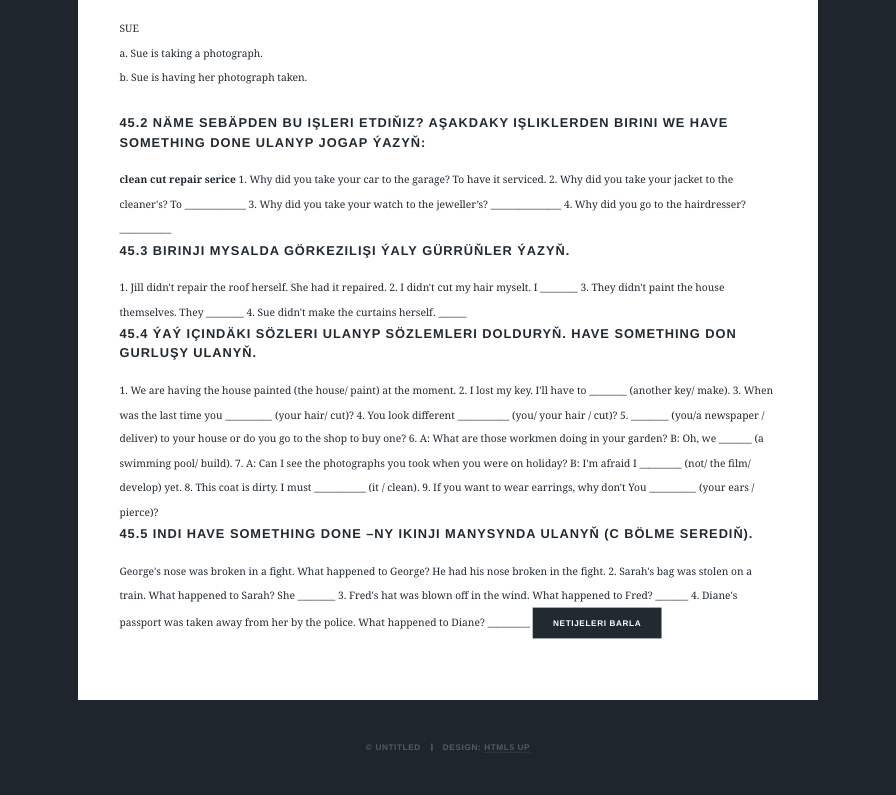
Repository: Sahet-dev/English-grammar-app
Page: test/test_unit _45.html
These files come from the project's save history. The page is drawn as it stood at one moment and after the next save; the edit follows.
The browser window is 1280 px wide. The pictures show the part of the page from y = 850 to 2770 px (the page is 1985 px tall before and 3204 px after), at 70% of full size.
Some web fonts or font styles are not loaded; a fallback is used.

Above is the page before, as saved 2022-06-24 17:36:36.

### test/test_unit _45.html
<!DOCTYPE HTML>
<!--
	Massively by HTML5 UP
	html5up.net | @ajlkn
	Free for personal and commercial use under the CCA 3.0 license (html5up.net/license)
-->
<html>
	<head>
		<title>Test </title>
		<meta charset="utf-8" />
		<meta name="viewport" content="width=device-width, initial-scale=1, user-scalable=no" />
		<link rel="stylesheet" href="../assets/css/test.css" />
		<noscript><link rel="stylesheet" href="../assets/css/noscript.css" /></noscript>
	</head>
	<body class="is-preload">

		<!-- Wrapper -->
			<div id="wrapper">

				<!-- Header -->
					<header id="header">
						<a href="index.html" class="logo">Esasy Sahypa</a>
					</header>

				<!-- Nav -->
					<nav id="nav">
						<ul class="links">
							<li><a href="units/.html">This is Massively</a></li>

						</ul>
						<ul class="icons">
							<li><a href="#" class="icon brands fa-twitter"><span class="label">Twitter</span></a></li>
							<li><a href="#" class="icon brands fa-facebook-f"><span class="label">Facebook</span></a></li>
							<li><a href="#" class="icon brands fa-instagram"><span class="label">Instagram</span></a></li>
							<li><a href="#" class="icon brands fa-github"><span class="label">GitHub</span></a></li>
						</ul>
					</nav>

				<!-- Main -->
					<div id="main">

						<!-- Post -->
							<section class="post">
								<header class="major">
									<h2>


									</h2>
								</header>

								<!-- Text stuff -->

									<p>
										<form action="results-unit-1.php" method="post">

										<h3>45.1

														Her bir surat üçin dogry bolan warianty beläň.</h3>

														SARAH<br>

														a. Sarah is cutting her hair.<br>

														b. Sarah is having her hair cut.<br>
														<br>

														a. Bill is cutting his hair.<br>

														b. Bill is having his hair cut.<br><br>

														JOHN<br>

														a. John is cleaning his shoes.<br>


														b. John is having his shoes cleaned.<br>

														<br>

														SUE<br>

														a. Sue is taking a photograph.<br>

														b. Sue is having her photograph taken.<br><br>

													<h3>45.2

														Näme sebäpden bu işleri etdiňiz? Aşakdaky işliklerden birini we have something done ulanyp jogap ýazyň:
													</h3> <b> clean cut repair serice </b>

														1. Why did you take your car to the garage? To have it serviced.

														2. Why did you take your jacket to the cleaner's? To _____________

														3. Why did you take your watch to the jeweller’s? _______________

														4. Why did you go to the hairdresser? ___________

													<h3>45.3

														Birinji mysalda görkezilişi ýaly gürrüňler ýazyň.</h3>

														1. Jill didn't repair the roof herself. She had it repaired.

														2. I didn't cut my hair myselt. I ________

														3. They didn't paint the house themselves.

														They ________

														4. Sue didn't make the curtains herself. ______

													<h3>45.4
														Ýaý içindäki sözleri ulanyp  sözlemleri dolduryň.  Have something don gurluşy ulanyň.
													</h3>

														1. We are having the house painted (the house/ paint) at the moment.


														2. I lost my key. I'll have to  ________ (another key/ make).


														3. When was the last time you __________ (your hair/ cut)?

														4. You look different  ___________ (you/ your hair / cut)?

														5. ________ (you/a newspaper / deliver) to your house or do you go to the shop to buy one?

														6. A: What are those workmen doing in your garden?
														B: Oh, we _______ (a swimming pool/ build).

														7. A: Can I see the photographs you took when you were on holiday?
														B: I'm afraid I _________ (not/ the film/ develop) yet.

														8. This coat is dirty. I must ___________ (it / clean).

														9. If you want to wear earrings, why don't
														You __________ (your ears / pierce)?

													<h3>45.5

														Indi have something done –ny ikinji manysynda ulanyň (C bölme serediň).</h3>

														George's nose was broken in a fight. What happened to George?

														He had his nose broken in the fight.

														2. Sarah's bag was stolen on a train. What happened to Sarah? She ________

														3. Fred's hat was blown off in the wind. What happened to Fred? _______

														4. Diane's passport was taken away from her by the police. What happened to Diane? _________

											        <button class="button primary" type="submit">Netijeleri barla</button>
										</form>



									</p>


							</section>

					</div>


				<!-- Copyright -->
					<div id="copyright">
						<ul><li>&copy; Untitled</li><li>Design: <a href="https://html5up.net">HTML5 UP</a></li></ul>
					</div>

			</div>

		<!-- Scripts -->
			<script src="assets/js/jquery.min.js"></script>
			<script src="assets/js/jquery.scrollex.min.js"></script>
			<script src="assets/js/jquery.scrolly.min.js"></script>
			<script src="assets/js/browser.min.js"></script>
			<script src="assets/js/breakpoints.min.js"></script>
			<script src="assets/js/util.js"></script>
			<script src="assets/js/main.js"></script>

	</body>
</html>

Loaded but not shown: assets/js/jquery.min.js (library); assets/js/jquery.scrollex.min.js (common file); assets/js/jquery.scrolly.min.js (common file); assets/js/browser.min.js (common file); assets/js/breakpoints.min.js (common file); assets/css/fontawesome-all.min.css (library); assets/js/util.js (587 lines, source omitted); assets/js/main.js (258 lines, source omitted); assets/css/test.css (4689 lines, source omitted)

After the next save:
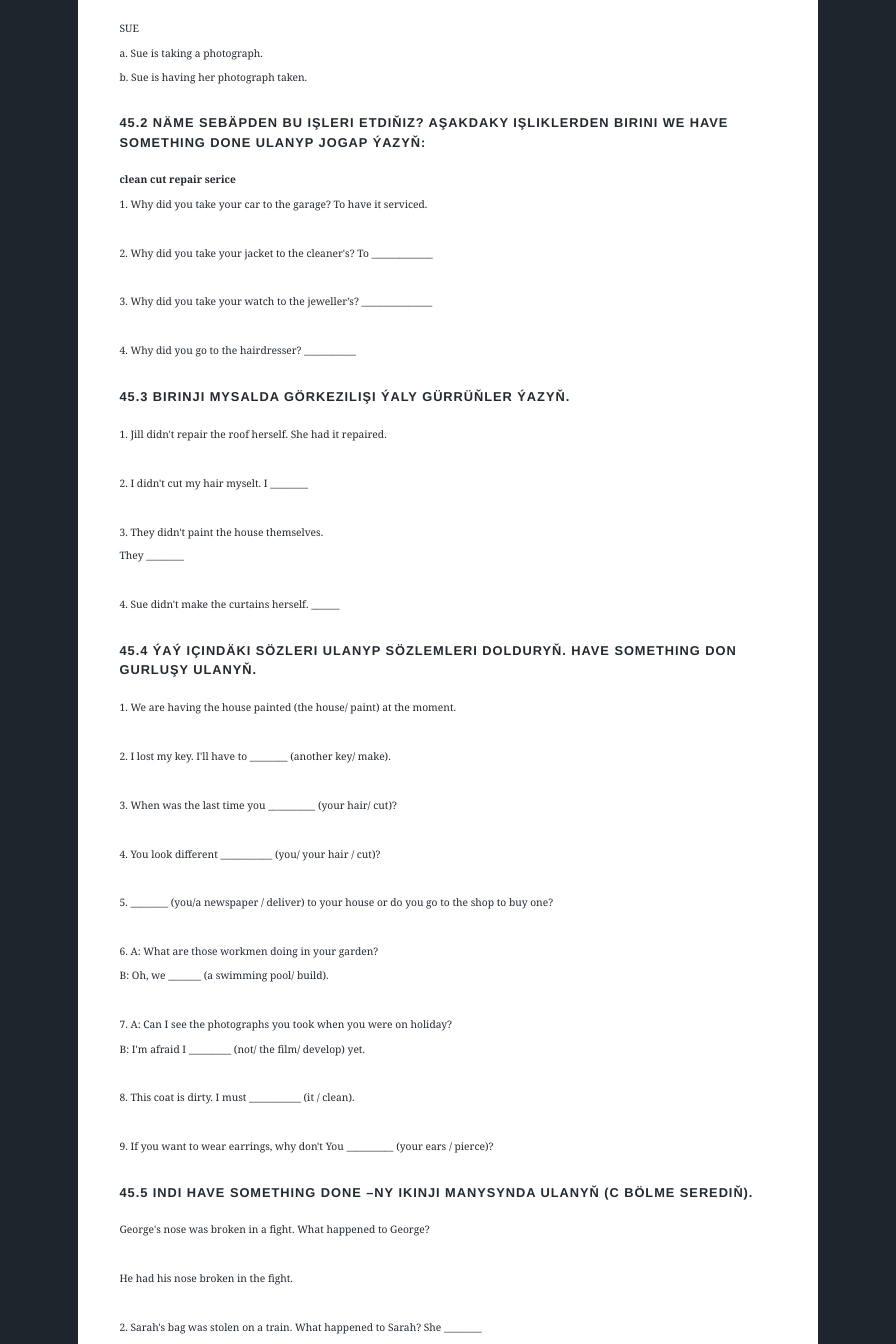
Saved 56 s later.
--- a/test/test_unit _45.html
+++ b/test/test_unit _45.html
@@ -86,71 +86,71 @@
 													<h3>45.2
 
 														Näme sebäpden bu işleri etdiňiz? Aşakdaky işliklerden birini we have something done ulanyp jogap ýazyň:
-													</h3> <b> clean cut repair serice </b>
+													</h3> <b> clean cut repair serice </b><br>
 
 														1. Why did you take your car to the garage? To have it serviced.
-
+														<br><br>
 														2. Why did you take your jacket to the cleaner's? To _____________
-
+														<br><br>
 														3. Why did you take your watch to the jeweller’s? _______________
-
+														<br><br>
 														4. Why did you go to the hairdresser? ___________
-
+														<br><br>
 													<h3>45.3
 
 														Birinji mysalda görkezilişi ýaly gürrüňler ýazyň.</h3>
 
 														1. Jill didn't repair the roof herself. She had it repaired.
-
+														<br><br>
 														2. I didn't cut my hair myselt. I ________
-
-														3. They didn't paint the house themselves.
+														<br><br>
+														3. They didn't paint the house themselves.<br>
 
 														They ________
-
+														<br><br>
 														4. Sue didn't make the curtains herself. ______
-
+														<br><br>
 													<h3>45.4
 														Ýaý içindäki sözleri ulanyp  sözlemleri dolduryň.  Have something don gurluşy ulanyň.
 													</h3>
 
 														1. We are having the house painted (the house/ paint) at the moment.
 
-
+														<br><br>
 														2. I lost my key. I'll have to  ________ (another key/ make).
 
-
+														<br><br>
 														3. When was the last time you __________ (your hair/ cut)?
-
+														<br><br>
 														4. You look different  ___________ (you/ your hair / cut)?
-
+														<br><br>
 														5. ________ (you/a newspaper / deliver) to your house or do you go to the shop to buy one?
-
-														6. A: What are those workmen doing in your garden?
+														<br><br>
+														6. A: What are those workmen doing in your garden?<br>
 														B: Oh, we _______ (a swimming pool/ build).
-
-														7. A: Can I see the photographs you took when you were on holiday?
+														<br><br>
+														7. A: Can I see the photographs you took when you were on holiday?<br>
 														B: I'm afraid I _________ (not/ the film/ develop) yet.
-
+														<br><br>
 														8. This coat is dirty. I must ___________ (it / clean).
-
+														<br><br>
 														9. If you want to wear earrings, why don't
 														You __________ (your ears / pierce)?
-
+														<br><br>
 													<h3>45.5
 
 														Indi have something done –ny ikinji manysynda ulanyň (C bölme serediň).</h3>
 
 														George's nose was broken in a fight. What happened to George?
-
+														<br><br>
 														He had his nose broken in the fight.
-
+														<br><br>
 														2. Sarah's bag was stolen on a train. What happened to Sarah? She ________
-
+														<br><br>
 														3. Fred's hat was blown off in the wind. What happened to Fred? _______
-
+														<br><br>
 														4. Diane's passport was taken away from her by the police. What happened to Diane? _________
-
+														<br><br>
 											        <button class="button primary" type="submit">Netijeleri barla</button>
 										</form>
 
